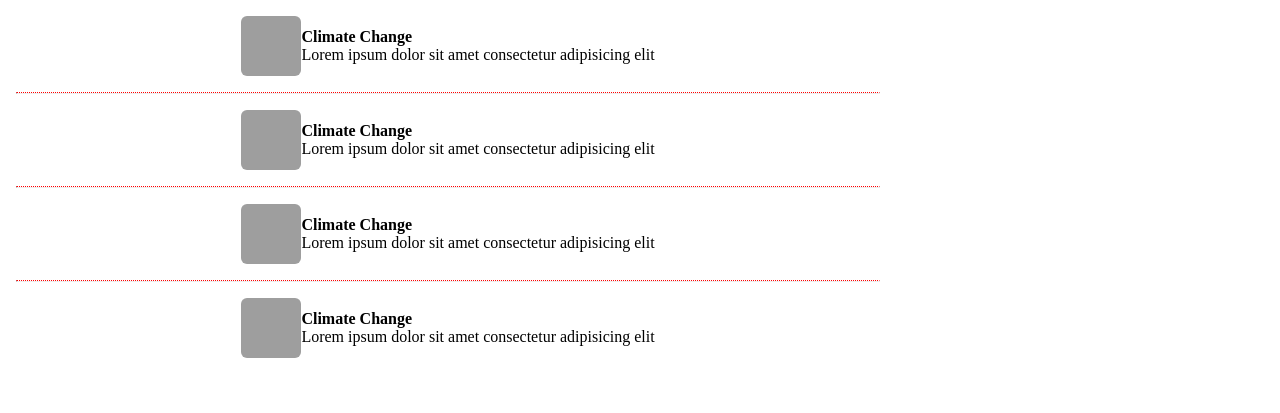
Repository: longNT0dev/C4E132
Page: SS3/index.html
The author's editor kept a copy of each file at every save. The page is drawn from the files as they stood at one save, then again after the next save.
The browser window is 1280 px wide. The pictures show the whole page.
Pictures or frames that could not be fetched are drawn as grey boxes.

Above is the page before, as saved 2022-09-28 22:06:48.

### SS3/index.html
<!DOCTYPE html>
<html lang="en">
  <head>
    <meta charset="UTF-8" />
    <meta http-equiv="X-UA-Compatible" content="IE=edge" />
    <meta name="viewport" content="width=device-width, initial-scale=1.0" />
    <title>Document</title>
    <link rel="stylesheet" href="style.css" />
  </head>
  <body>
    <!-- <p>Đây là style theo tên thẻ 1</p>
    <p class="big-font-size">Đây là style theo tên thẻ 2</p>
    <h1 class="class-1 class-2">Đây là style theo tên thẻ</h1>
    <h1 id="id-1" class="big-font-size">Đây là style theo tên thẻ</h1> -->

    <div class="container">

      <div class="item">
        <img
          src="https://cdn.pixabay.com/photo/2015/04/23/22/00/tree-736885__480.jpg"
          alt="avatar"
        />
        <div class="content">
          <h1>Climate Change</h1>
          <p>Lorem ipsum dolor sit amet consectetur adipisicing elit</p>
        </div>
      </div>

      <hr>

      <div class="item">
        <img
          src="https://cdn.pixabay.com/photo/2015/04/23/22/00/tree-736885__480.jpg"
          alt="avatar"
        />
        <div class="content">
          <h1>Climate Change</h1>
          <p>Lorem ipsum dolor sit amet consectetur adipisicing elit</p>
        </div>
      </div>

      <hr>

      <div class="item">
        <img
          src="https://cdn.pixabay.com/photo/2015/04/23/22/00/tree-736885__480.jpg"
          alt="avatar"
        />
        <div class="content">
          <h1>Climate Change</h1>
          <p>Lorem ipsum dolor sit amet consectetur adipisicing elit</p>
        </div>
      </div>

      <hr>

      <div class="item">
        <img
          src="https://cdn.pixabay.com/photo/2015/04/23/22/00/tree-736885__480.jpg"
          alt="avatar"
        />
        <div class="content">
          <h1>Climate Change</h1>
          <p>Lorem ipsum dolor sit amet consectetur adipisicing elit</p>
        </div>
      </div>
    </div>
  </body>
</html>

### SS3/style.css
/* selector  */

/* Chọn theo tên thẻ */
/* p {
    color: red;
    background-color: black;
} */

/* Chọn theo class */
/* .class-1 {
    color: green;
    background-color: black;
}

.big-font-size {
    font-size: 50px;
}

#id-1 {
    color: blue;
    background-color: black;
} */

*{
    margin: 0;
    padding: 0;
    box-sizing: border-box;
    font-size: 16px;
}

.container {
    width: 70%;
    height: auto;
    padding: 0px 16px;
}

.container hr {
    border-top: 1px dotted red;
}

.item {
    width: 100%;
    height: 23%;
    margin: 16px 0px;
    display: flex;
    justify-content: center;
    align-items: center;
}

.item img {
    width: 60px;
    height: 60px;
    border-radius: 6px;
    vertical-align: baseline;
}

.content {
    display: inline-block;
    width: auto;
    height: 100%;
}

After the next save:
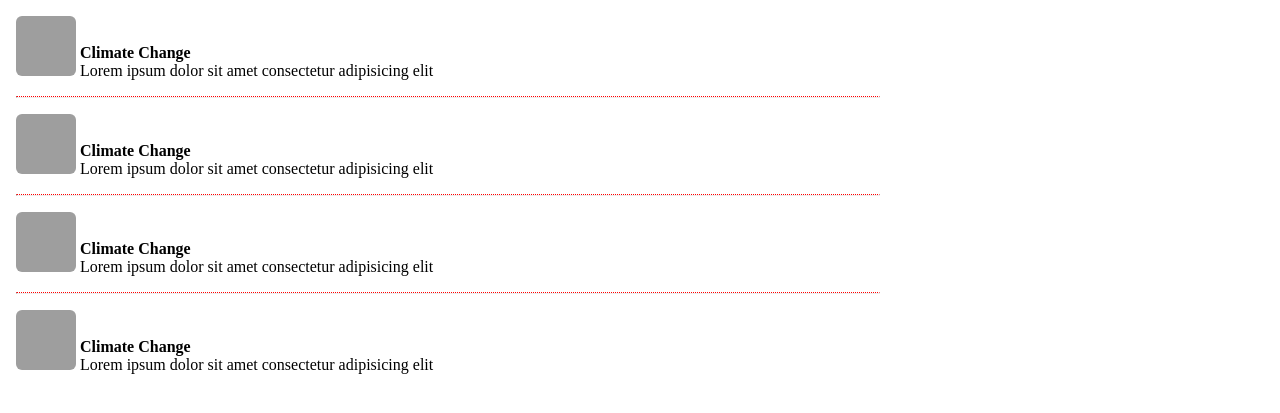
Saved 3 s later.
--- a/SS3/style.css
+++ b/SS3/style.css
@@ -42,9 +42,7 @@
     width: 100%;
     height: 23%;
     margin: 16px 0px;
-    display: flex;
-    justify-content: center;
-    align-items: center;
+
 }
 
 .item img {
